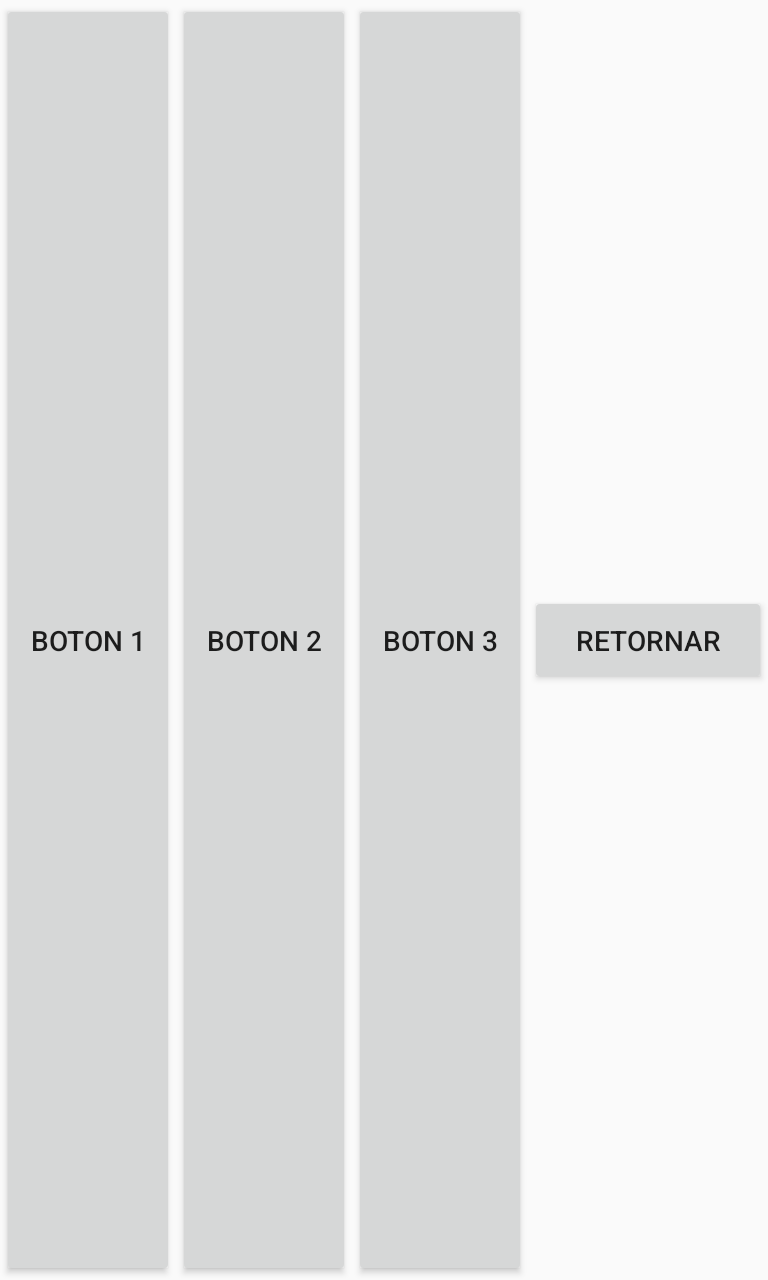
Repository: jromanz/android-projects
Layout: ListaAlumnos/res/layout/activity_linear_layout.xml
An editor plug-in stored every save of this project. The layout is shown before and after the next save, followed by the edit.
It is drawn on a 768 x 1280 px phone screen (xhdpi) without system bars, with theme AppTheme; the app's code is not run.

Above is the layout before, as saved 2014-08-28 19:17:31.

### ListaAlumnos/res/layout/activity_linear_layout.xml
<LinearLayout xmlns:android="http://schemas.android.com/apk/res/android"
    xmlns:tools="http://schemas.android.com/tools"
    android:orientation="horizontal"
    android:layout_width="wrap_content"
    android:layout_height="fill_parent"
    tools:context="${relativePackage}.${activityClass}" >

    <Button
        android:id="@+id/boton1Linear"
        android:layout_width="wrap_content"
        android:layout_height="fill_parent"
        android:text="@string/btn1Linear"
        />

    <Button
        android:id="@+id/boton2Linear"
        android:layout_width="wrap_content"
        android:layout_height="fill_parent"
        android:text="@string/btn2Linear"
         />

    <Button
        android:id="@+id/boton3Linear"
        android:layout_width="wrap_content"
        android:layout_height="fill_parent"
        android:text="@string/btn3Linear"
        />

    <Button
        android:id="@+id/botonRetornarLinear"
        android:layout_width="fill_parent"
        android:layout_height="wrap_content"
        android:text="@string/btnRetornarLinear"
        />


</LinearLayout>

### ListaAlumnos/res/values/strings.xml
<?xml version="1.0" encoding="utf-8"?>
<resources>

    <string name="app_name">ListaAlumnos</string>
    <string name="hello_world">Hello world!</string>
    <string name="action_settings">Settings</string>
    <string name="title_activity_formulario">Registro Alumnos</string>
    <string name="explica">Tu amigo explica!</string>
    <string name="btnConfirmar">Confirmar</string>
    <string name="btnRetornar">Retornar</string>
    <string name="ir">Ir Registro</string>
    <string name="title_activity_linear_layout">LinearLayoutActivity</string>
	<string name="linearLayout">Linear Layout</string>
	<string name="btn1Linear">Boton 1</string>
	<string name="btn2Linear">Boton 2</string>
	<string name="btn3Linear">Boton 3</string>
	<string name="btnRetornarLinear">Retornar</string>

</resources>

Loaded but not shown: ListaAlumnos/res/values/styles.xml (common file); ListaAlumnos/res/values-v11/styles.xml (common file); ListaAlumnos/res/values-v14/styles.xml (common file)

After the next save:
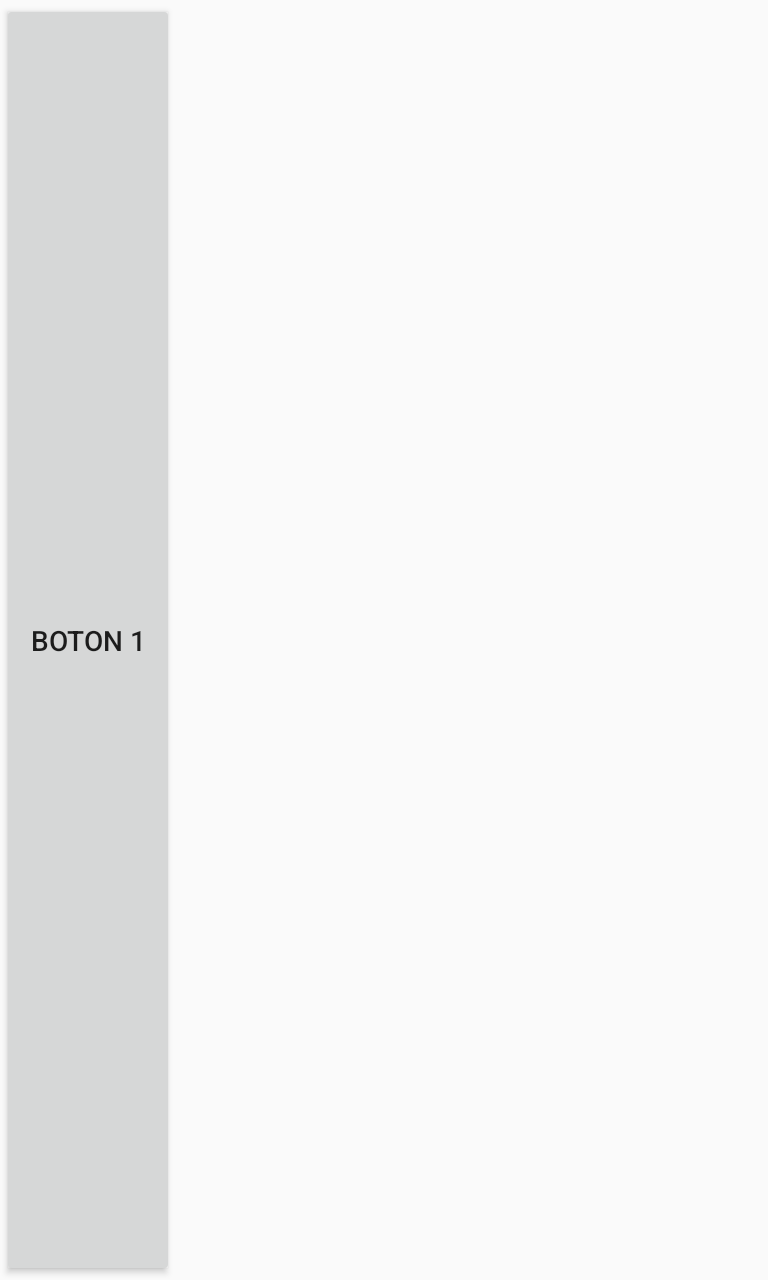
Saved 6 min 20 s later.
--- a/ListaAlumnos/res/layout/activity_linear_layout.xml
+++ b/ListaAlumnos/res/layout/activity_linear_layout.xml
@@ -1,6 +1,6 @@
 <LinearLayout xmlns:android="http://schemas.android.com/apk/res/android"
     xmlns:tools="http://schemas.android.com/tools"
-    android:orientation="horizontal"
+    android:orientation="vertical"
     android:layout_width="wrap_content"
     android:layout_height="fill_parent"
     tools:context="${relativePackage}.${activityClass}" >
@@ -33,5 +33,6 @@
         android:text="@string/btnRetornarLinear"
         />
 
+   <LinearLayout ></LinearLayout>
 
 </LinearLayout>

After the 2 saves that followed:
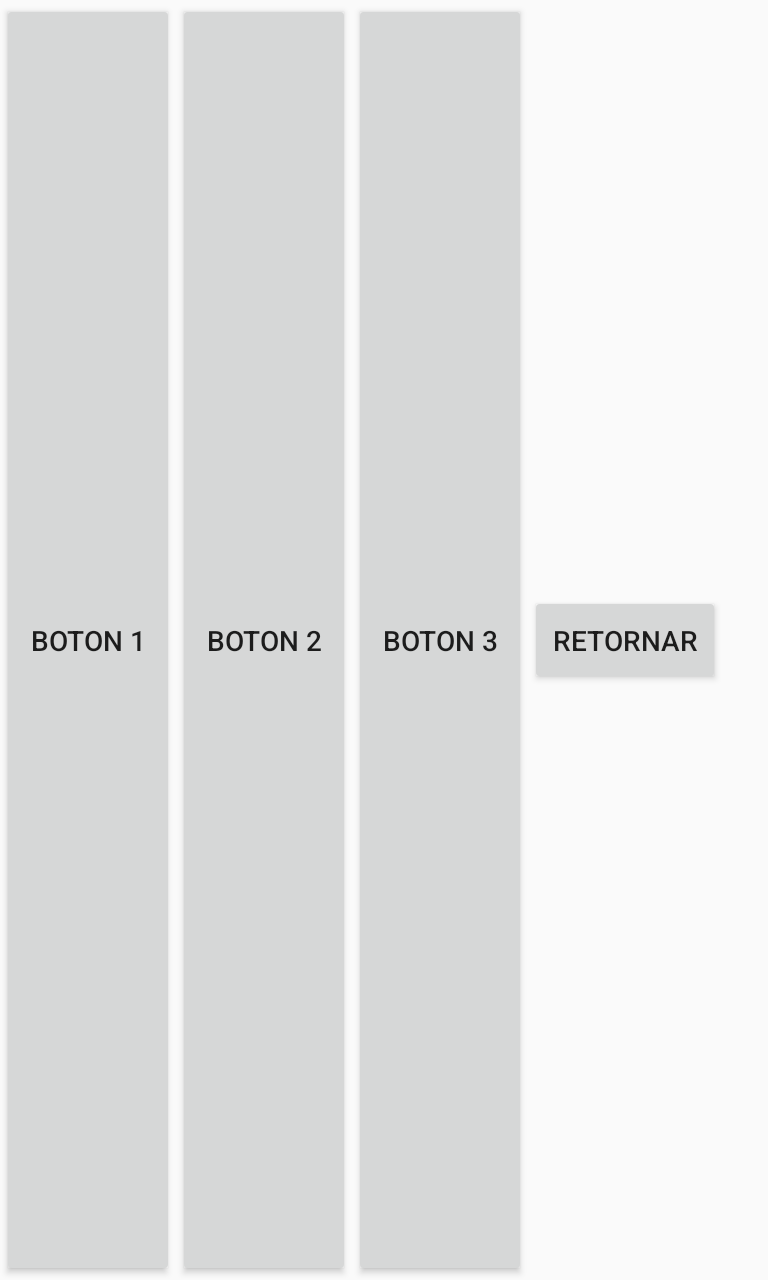
The 2 saves are shown as one change because they came seconds apart.
The last was saved 47 s later.
--- a/ListaAlumnos/res/layout/activity_linear_layout.xml
+++ b/ListaAlumnos/res/layout/activity_linear_layout.xml
@@ -4,6 +4,11 @@
     android:layout_width="wrap_content"
     android:layout_height="fill_parent"
     tools:context="${relativePackage}.${activityClass}" >
+
+   <LinearLayout android:orientation="horizontal"
+       android:layout_width="wrap_content"
+       android:layout_height="fill_parent"
+       >
 
     <Button
         android:id="@+id/boton1Linear"
@@ -33,6 +38,7 @@
         android:text="@string/btnRetornarLinear"
         />
 
-   <LinearLayout ></LinearLayout>
+
+   </LinearLayout>
 
 </LinearLayout>
